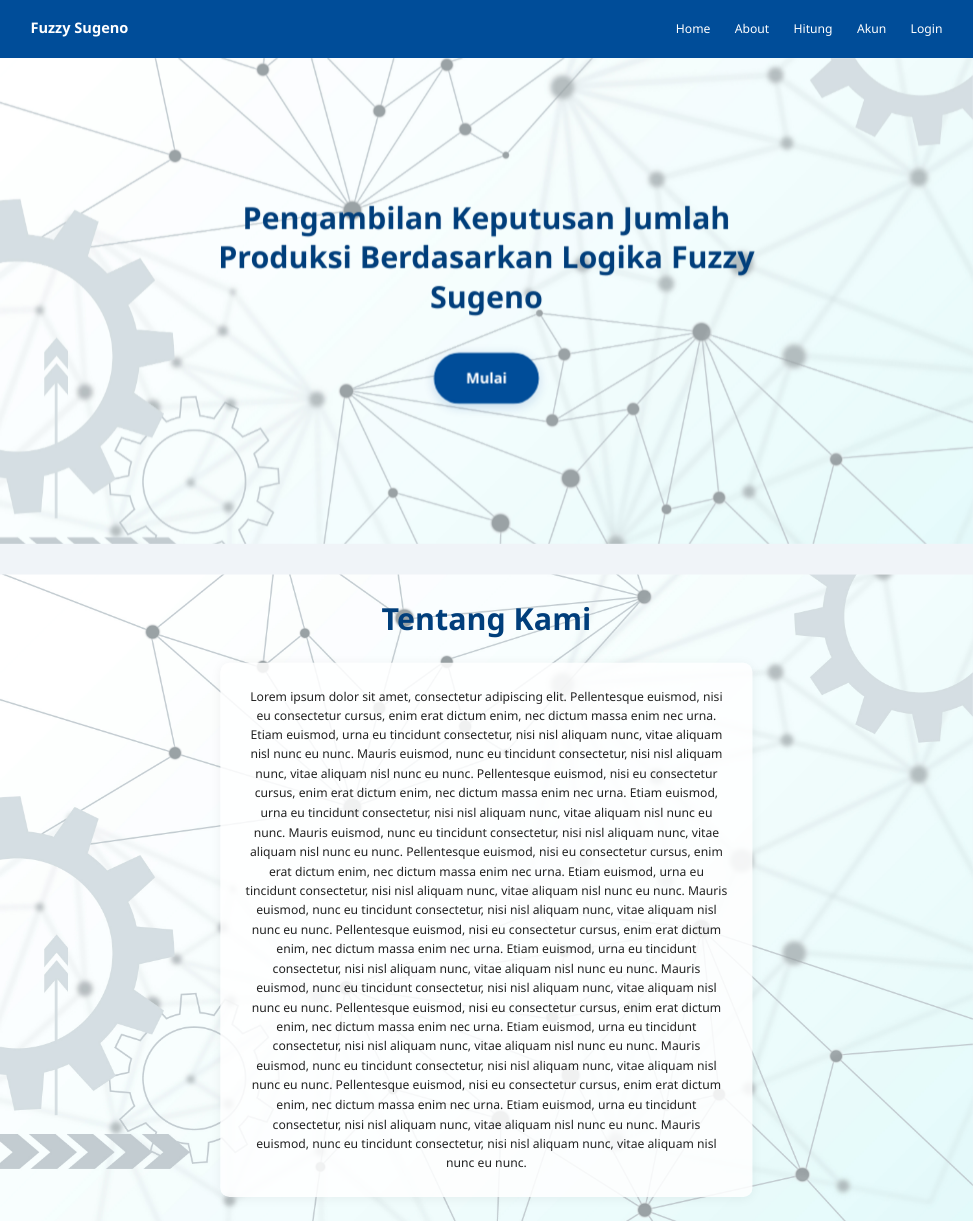
Repository: Senicccc/Defuzzy-Sugeno
Page: http://localhost/
The author's editor kept a copy of each file at every save. The page is drawn from the files as they stood at one save, then again after a run of saves.
The browser window is 1280 px wide. The pictures show the whole page, at 76% of full size.
The page is run by PHP 8.4 with error messages shown; the project is at /var/www/html/.

Above is the page before, as saved 2025-06-08 11:15:51.

### index.php
<!DOCTYPE html>
<html lang="id">

<head>
    <meta charset="UTF-8" />
    <meta name="viewport" content="width=device-width, initial-scale=1.0" />
    <title>Fuzzy Sugeno - Produksi</title>
    <link rel="icon" href="img/favicon.png" type="image/png">
    <link rel="stylesheet" href="css/index.css">
</head>

<body>

    <?php
    require_once 'php/header-index.php';
    ?>

    <section class="hero" style="background: url('img/menu-bg.jpg') center center/cover no-repeat;">
        <h1>Pengambilan Keputusan Jumlah Produksi Berdasarkan Logika Fuzzy Sugeno</h1>
        <a href="php/form.php" class="start-button">Mulai</a>
    </section>

    <section class="hero"
        style="background: url('img/menu-bg.jpg') center center/cover no-repeat; min-height:unset; margin-top:40px;">
        <h1>Tentang Kami</h1>
        <div
            style="max-width: 700px; margin: 0 auto; background: rgba(255,255,255,0.85); border-radius: 12px; padding: 2rem; color: #222; box-shadow: 0 2px 16px rgba(0,0,0,0.06);">
            <p>
                Lorem ipsum dolor sit amet, consectetur adipiscing elit. Pellentesque euismod, nisi eu consectetur
                cursus, enim erat dictum enim, nec dictum massa enim nec urna. Etiam euismod, urna eu tincidunt
                consectetur, nisi nisl aliquam nunc, vitae aliquam nisl nunc eu nunc. Mauris euismod, nunc eu tincidunt
                consectetur, nisi nisl aliquam nunc, vitae aliquam nisl nunc eu nunc. Pellentesque euismod, nisi eu
                consectetur cursus, enim erat dictum enim, nec dictum massa enim nec urna. Etiam euismod, urna eu
                tincidunt consectetur, nisi nisl aliquam nunc, vitae aliquam nisl nunc eu nunc. Mauris euismod, nunc eu
                tincidunt consectetur, nisi nisl aliquam nunc, vitae aliquam nisl nunc eu nunc. Pellentesque euismod,
                nisi eu consectetur cursus, enim erat dictum enim, nec dictum massa enim nec urna. Etiam euismod, urna
                eu tincidunt consectetur, nisi nisl aliquam nunc, vitae aliquam nisl nunc eu nunc. Mauris euismod, nunc
                eu tincidunt consectetur, nisi nisl aliquam nunc, vitae aliquam nisl nunc eu nunc. Pellentesque euismod,
                nisi eu consectetur cursus, enim erat dictum enim, nec dictum massa enim nec urna. Etiam euismod, urna
                eu tincidunt consectetur, nisi nisl aliquam nunc, vitae aliquam nisl nunc eu nunc. Mauris euismod, nunc
                eu tincidunt consectetur, nisi nisl aliquam nunc, vitae aliquam nisl nunc eu nunc. Pellentesque euismod,
                nisi eu consectetur cursus, enim erat dictum enim, nec dictum massa enim nec urna. Etiam euismod, urna
                eu tincidunt consectetur, nisi nisl aliquam nunc, vitae aliquam nisl nunc eu nunc. Mauris euismod, nunc
                eu tincidunt consectetur, nisi nisl aliquam nunc, vitae aliquam nisl nunc eu nunc. Pellentesque euismod,
                nisi eu consectetur cursus, enim erat dictum enim, nec dictum massa enim nec urna. Etiam euismod, urna
                eu tincidunt consectetur, nisi nisl aliquam nunc, vitae aliquam nisl nunc eu nunc. Mauris euismod, nunc
                eu tincidunt consectetur, nisi nisl aliquam nunc, vitae aliquam nisl nunc eu nunc.
            </p>
        </div>
    </section>

</body>

</html>

### php/header-index.php
<!DOCTYPE html>
<html lang="id">

<head>
    <meta charset="UTF-8" />
    <meta name="viewport" content="width=device-width, initial-scale=1.0" />
    <title>Fuzzy Sugeno - Produksi</title>
    <link rel="stylesheet" href="https://cdnjs.cloudflare.com/ajax/libs/font-awesome/6.0.0/css/all.min.css">

    <style>
    * {
        margin: 0;
        padding: 0;
        box-sizing: border-box;
        font-family: 'Segoe UI', Tahoma, Geneva, Verdana, sans-serif;
    }

    body {
        background: #f0f4f8;
        color: #333;
    }

    nav {
        background-color: #004d99;
        position: sticky;
        top: 0;
        z-index: 1000;
        padding: 1.4rem 2.4rem;
    }

    .nav-container {
        display: flex;
        justify-content: space-between;
        align-items: center;
        max-width: 1200px;
        margin: 0 auto;
        flex-wrap: wrap;
    }

    .logo {
        color: white;
        font-weight: 800;
        font-size: larger;
    }

    .nav-links {
        display: flex;
        gap: 2rem;
    }

    .nav-links a {
        text-decoration: none;
        color: white;
        font-weight: 500;
        font-size: 1rem;
        transition: color 0.3s;
    }

    .nav-links a:hover {
        color: #ffcc00;
    }

    .burger {
        display: none;
        font-size: 1.5rem;
        color: white;
        cursor: pointer;
        padding: 0.5rem;
    }

    @media (max-width: 768px) {
        .nav-links {
            display: none;
            flex-direction: column;
            background-color: #004d99;
            width: 100%;
            text-align: center;
            margin-top: 1rem;
            padding-bottom: 1rem;
            gap: 1rem;
            order: 1;
        }

        .nav-links.active {
            display: flex;
        }

        .burger {
            display: block;
            margin-left: auto;
            /* Memposisikan burger di kanan */
        }

        nav {
            padding: 0.75rem 1.5rem;
        }
    }
    </style>
</head>

<body>

    <nav>
        <div class="nav-container">
            <div class="logo">Fuzzy Sugeno</div>
            <div class="burger" id="burger"><i class="fas fa-bars"></i></div>
            <div class="nav-links" id="navLinks">
                <a href="index.php">Home</a>
                <a href="index.php#about">About</a>
                <a href="php/form.php">Hitung</a>
                <a href="php/account.php">Akun</a>
                <?php if (isset($_SESSION['user_id'])): ?>
                <a href="php/logout.php">Logout</a>
                <?php else: ?>
                <a href="php/login.php">Login</a>
                <?php endif; ?>
            </div>
        </div>
    </nav>

    <script>
    const burger = document.getElementById('burger');
    const navLinks = document.getElementById('navLinks');

    burger.addEventListener('click', () => {
        navLinks.classList.toggle('active');
    });
    </script>

</body>

</html>

### css/index.css

* {
    margin: 0;
    padding: 0;
    box-sizing: border-box;
    font-family: 'Segoe UI', Tahoma, Geneva, Verdana, sans-serif;
}

body {
    background: linear-gradient(135deg, #f0f4f8 0%, #dfe7ee 100%);
    color: #333;
    min-height: 100vh;
    line-height: 1.6;
}

/* Hero Section */
.hero {
    display: flex;
    flex-direction: column;
    justify-content: center;
    align-items: center;
    text-align: center;
    min-height: calc(100vh - 80px);
    padding: 2rem;
    background-image:
        radial-gradient(circle at 10% 20%, rgba(0, 77, 153, 0.05) 0%, transparent 20%),
        radial-gradient(circle at 90% 80%, rgba(0, 77, 153, 0.05) 0%, transparent 20%);
}

.hero h1 {
    font-size: 2.5rem;
    font-weight: 1000;
    color: #003e7b;
    margin-bottom: 2rem;
    max-width: 800px;
    line-height: 1.3;
    text-shadow: 1px 1px 2px rgba(0,0,0,0.);
}

.start-button {
    display: inline-block;
    background-color: #004d99;
    color: white;
    padding: 1rem 2.5rem;
    border-radius: 50px;
    text-decoration: none;
    font-weight: 600;
    font-size: 1.2rem;
    transition: all 0.3s ease;
    box-shadow: 0 4px 15px rgba(0, 77, 153, 0.2);
    border: 2px solid #004d99;
    margin-top: 1rem;
}

.start-button:hover {
    background-color: #ffcc00;
    color: #004d99;
    transform: translateY(-3px);
    box-shadow: 0 6px 20px rgba(0, 77, 153, 0.3);
}

.start-button:active {
    transform: translateY(1px);
}

/* Responsive Design */
@media (max-width: 768px) {
    .hero {
        padding: 1.5rem;
        min-height: calc(100vh - 60px);
    }

    .hero h1 {
        font-size: 1.8rem;
        margin-bottom: 1.5rem;
    }

    .start-button {
        padding: 0.8rem 2rem;
        font-size: 1rem;
    }
}

@media (max-width: 480px) {
    .hero h1 {
        font-size: 1.5rem;
    }

    .start-button {
        padding: 0.7rem 1.8rem;
    }
}

/* Animasi */
@keyframes fadeIn {
    from { opacity: 0; transform: translateY(20px); }
    to { opacity: 1; transform: translateY(0); }
}

.hero {
    animation: fadeIn 0.8s ease-out forwards;
}

.start-button {
    animation: fadeIn 1s ease-out 0.3s both;
}

After the next 4 saves:
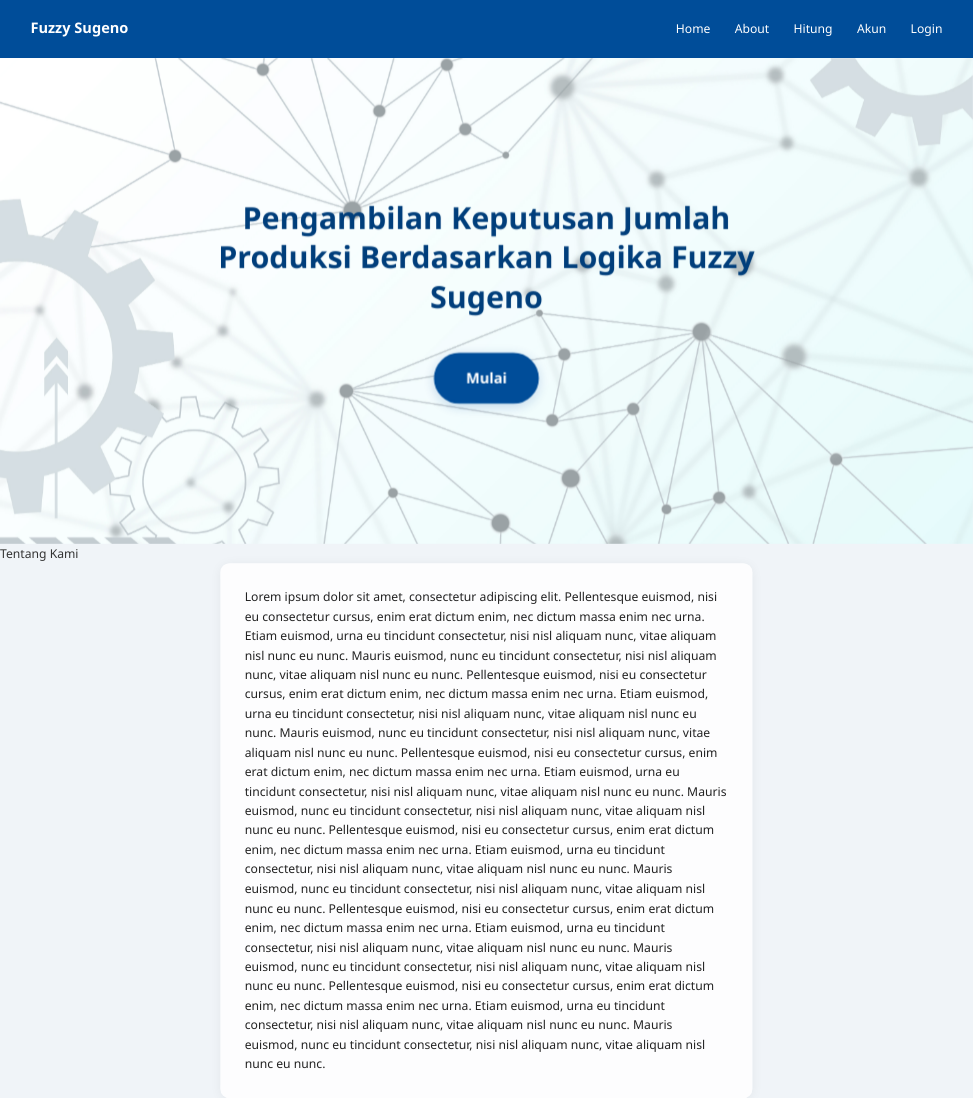
The 4 saves are shown as one change because they came seconds apart.
The last was saved 33 s later.
--- a/index.php
+++ b/index.php
@@ -20,11 +20,9 @@
         <a href="php/form.php" class="start-button">Mulai</a>
     </section>
 
-    <section class="hero"
-        style="background: url('img/menu-bg.jpg') center center/cover no-repeat; min-height:unset; margin-top:40px;">
-        <h1>Tentang Kami</h1>
-        <div
-            style="max-width: 700px; margin: 0 auto; background: rgba(255,255,255,0.85); border-radius: 12px; padding: 2rem; color: #222; box-shadow: 0 2px 16px rgba(0,0,0,0.06);">
+    <section class="about" <h1>Tentang Kami</h1>
+        <div style=" max-width: 700px; margin: 0 auto; background: rgba(255,255,255,0.85); border-radius: 12px; padding:
+        2rem; color: #222; box-shadow: 0 2px 16px rgba(0,0,0,0.06);">
             <p>
                 Lorem ipsum dolor sit amet, consectetur adipiscing elit. Pellentesque euismod, nisi eu consectetur
                 cursus, enim erat dictum enim, nec dictum massa enim nec urna. Etiam euismod, urna eu tincidunt
